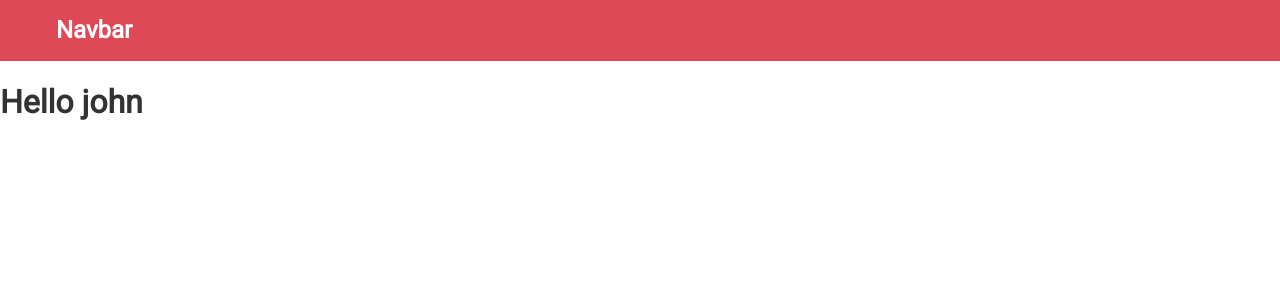
Repository: guicattani/fluffy-tribble-finder
Page: /
An editor plug-in stored every save of this project. The page is shown before and after the next save, followed by the edit.
The browser window is 1280 px wide. The pictures show the whole page.
Some web libraries are served in a nearby version. The project was rebuilt for these pictures with package versions that can differ from the ones it lists, and the page was loaded fresh each time.

Above is the page before, as saved 2020-02-26 16:00:06.

### public/index.html
<!DOCTYPE html>
<html lang="en">
  <head>
    <meta charset="utf-8" />
    <link rel="icon" href="%PUBLIC_URL%/favicon.ico" />

    <meta name="viewport" content="width=device-width, initial-scale=1" />
    <meta name="theme-color" content="#000000" />
    <meta
      name="description"
      content="Web site created using create-react-app"
    />
    <link rel="apple-touch-icon" href="%PUBLIC_URL%/logo192.png" />
    <link rel="manifest" href="%PUBLIC_URL%/manifest.json" />
    <link rel="stylesheet" href="https://use.fontawesome.com/releases/v5.6.3/css/all.css" integrity="sha384-UHRtZLI+pbxtHCWp1t77Bi1L4ZtiqrqD80Kn4Z8NTSRyMA2Fd33n5dQ8lWUE00s/" crossorigin="anonymous">
    <title>GitHub Finder</title>
  </head>
  <body>
    <noscript>You need to enable JavaScript to run this app.</noscript>
    <div id="root"></div>
  </body>
</html>

### src/App.js
import React, { Component } from "react";
import Navbar from './components/layout/Navbar.js'
import "./App.css";

class App extends Component {
  render() {
    const name = "john";

    return (
      <div className="App">
        <Navbar />
        <h1>Hello {name} </h1>
      </div>
    );
  }
}

export default App;

### src/components/layout/Navbar.js
import React, { Component } from 'react'
export class Navbar extends Component {
  render() {
    return (
      <nav className="navbar bg-primary">
        <h1>
          <i className='fa-github'/> Navbar
        </h1>
      </nav>
    )
  }
}

export default Navbar

Loaded but not shown: src/index.js (common file); src/App.css (common file)

After the next save:
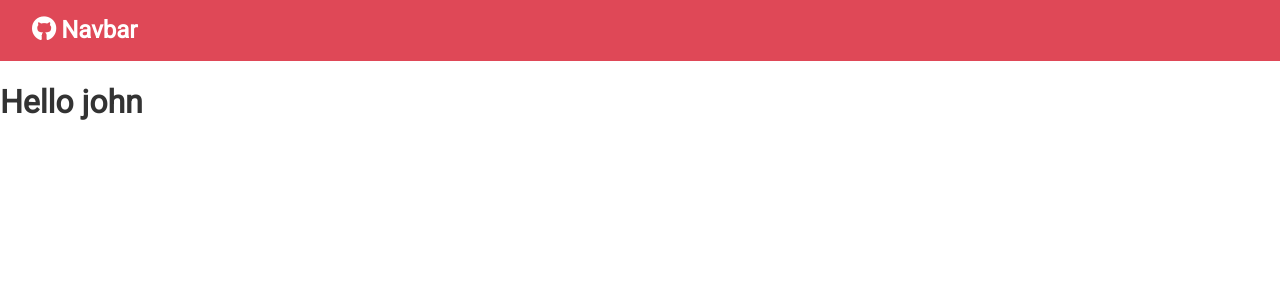
Saved 15 s later.
--- a/src/components/layout/Navbar.js
+++ b/src/components/layout/Navbar.js
@@ -4,7 +4,7 @@
     return (
       <nav className="navbar bg-primary">
         <h1>
-          <i className='fa-github'/> Navbar
+          <i className='fab fa-github'/> Navbar
         </h1>
       </nav>
     )
